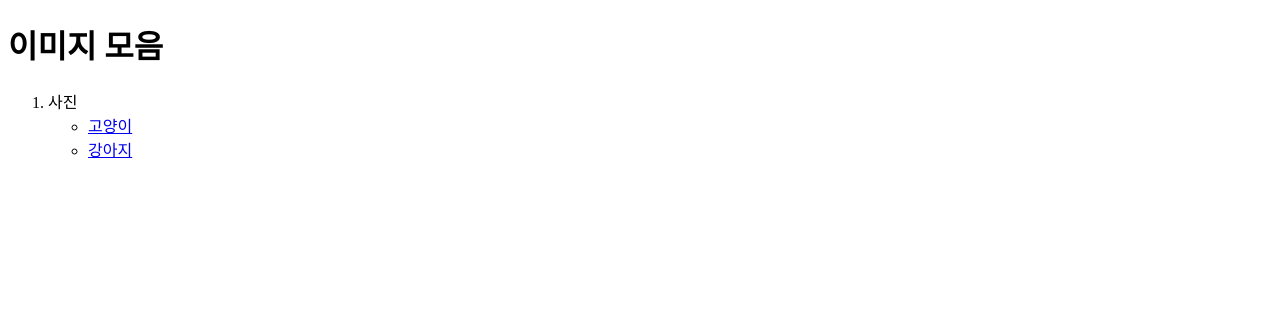
Repository: sungken/htmlProject
Page: ClientTest/src/main/webapp/html/test/anchor.html
The author's editor kept a copy of each file at every save. The page is drawn from the files as they stood at one save, then again after the next save.
The browser window is 1280 px wide. The pictures show the whole page.

Above is the page before, as saved 2024-03-13 07:39:49.

### ClientTest/src/main/webapp/html/test/anchor.html
<!DOCTYPE html>
<html>
<head>
<meta charset="UTF-8">
<title>Insert title here</title>
</head>
<body>
<h1>이미지 모음</h1>
<ol type="1">
	<li>사진</li>
	<ul type="circle">
		<li><a href="#">고양이</a></li>
		<li><a href="#">강아지</a></li>
	</ul>
</ol>

</body>
</html>

After the next save:
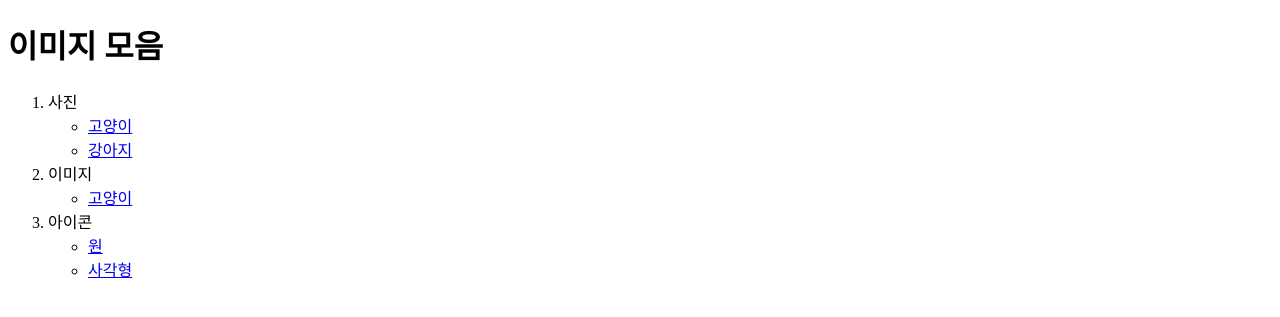
Saved 56 s later.
--- a/ClientTest/src/main/webapp/html/test/anchor.html
+++ b/ClientTest/src/main/webapp/html/test/anchor.html
@@ -12,6 +12,16 @@
 		<li><a href="#">고양이</a></li>
 		<li><a href="#">강아지</a></li>
 	</ul>
+	<li>이미지</li>
+	<ul type="circle">
+		<li><a href="#">고양이</a></li>
+	</ul>
+	<li>아이콘</li>
+	<ul type="circle">
+		<li><a href="#">원</a></li>
+		<li><a href="#">사각형</a></li>
+	</ul>
+
 </ol>
 
 </body>
